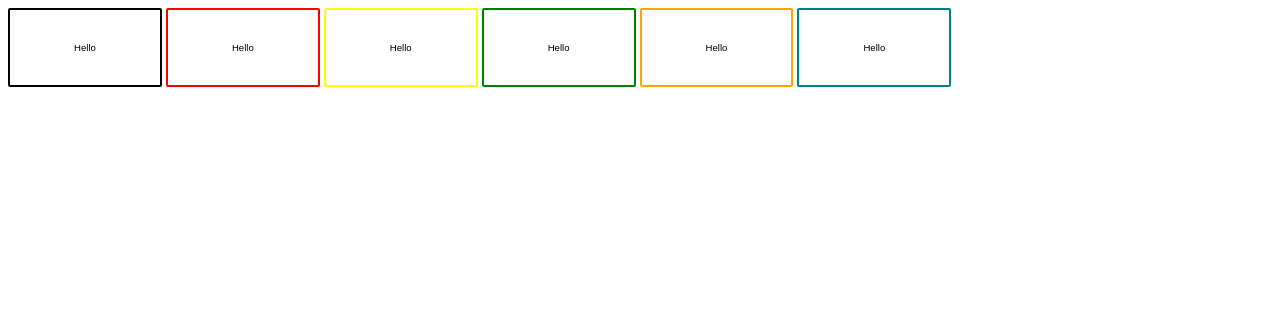
Repository: chaiyilin/css
Page: src/css-variable/02-theme-styles-with-css-variables/index.html
These files come from the project's save history. The page is drawn as it stood at one moment and after the next save; the edit follows.
The browser window is 1280 px wide. The pictures show the whole page.

Above is the page before, as saved 2018-03-17 23:59:30.

### src/css-variable/02-theme-styles-with-css-variables/index.html
<!DOCTYPE html>
<html lang="en" dir="ltr">

<head>
    <meta charset="UTF-8">
    <title>Title</title>
    <link rel="stylesheet" type="text/css" href="index.css" />
</head>

<body>
    <button class="btn">Hello</button>
    <button class="btn red">Hello</button>
    <button class="btn yellow">Hello</button>
    <button class="btn green">Hello</button>
    <button class="btn orange">Hello</button>
    <button class="btn teal">Hello</button>
</body>

</html>

### src/css-variable/02-theme-styles-with-css-variables/index.css
.btn {
  padding: 2rem 4rem;
  border: 2px solid var(--color, black);
  background: transparent;
  font-size: 0.6em;
  border-radius: 2px;
}
.btn:hover {
  cursor: pointer;
  background: var(--color, black);
  color: white;
}

/* variations */

.btn.red {
  --color: red;
}
.btn.yellow {
  --color: yellow;
}
.btn.green {
  --color: green;
}
.btn.orange {
  --color: orange;
}
.btn.teal {
  --color: teal;
}

After the next save:
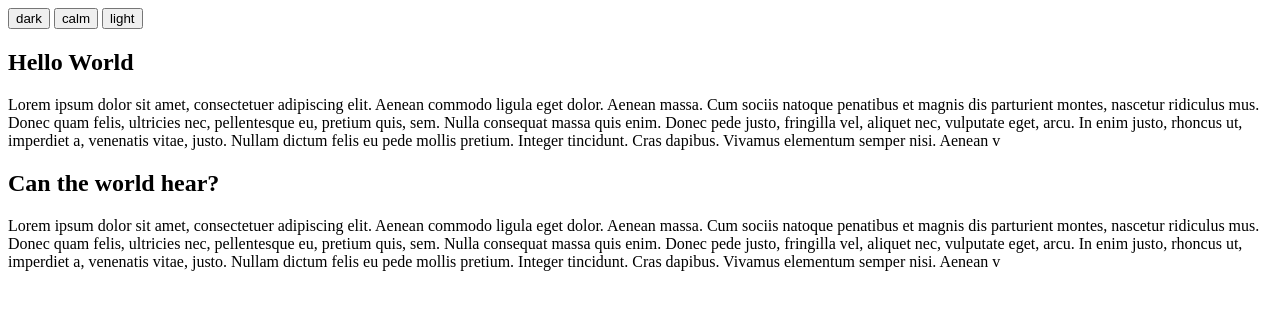
Saved 27 s later.
--- a/src/css-variable/02-theme-styles-with-css-variables/index.html
+++ b/src/css-variable/02-theme-styles-with-css-variables/index.html
@@ -8,12 +8,27 @@
 </head>
 
 <body>
-    <button class="btn">Hello</button>
-    <button class="btn red">Hello</button>
-    <button class="btn yellow">Hello</button>
-    <button class="btn green">Hello</button>
-    <button class="btn orange">Hello</button>
-    <button class="btn teal">Hello</button>
+    <div class="theme">
+        <button value="dark">dark</button>
+        <button value="calm">calm</button>
+        <button value="light">light</button>
+    </div>
+
+    <article>
+        <h1>Hello World</h1>
+        Lorem ipsum dolor sit amet, consectetuer adipiscing elit. Aenean commodo ligula eget dolor. Aenean massa. Cum sociis natoque
+        penatibus et magnis dis parturient montes, nascetur ridiculus mus. Donec quam felis, ultricies nec, pellentesque
+        eu, pretium quis, sem. Nulla consequat massa quis enim. Donec pede justo, fringilla vel, aliquet nec, vulputate eget,
+        arcu. In enim justo, rhoncus ut, imperdiet a, venenatis vitae, justo. Nullam dictum felis eu pede mollis pretium.
+        Integer tincidunt. Cras dapibus. Vivamus elementum semper nisi. Aenean v
+
+        <h2>Can the world hear?</h2>
+        Lorem ipsum dolor sit amet, consectetuer adipiscing elit. Aenean commodo ligula eget dolor. Aenean massa. Cum sociis natoque
+        penatibus et magnis dis parturient montes, nascetur ridiculus mus. Donec quam felis, ultricies nec, pellentesque
+        eu, pretium quis, sem. Nulla consequat massa quis enim. Donec pede justo, fringilla vel, aliquet nec, vulputate eget,
+        arcu. In enim justo, rhoncus ut, imperdiet a, venenatis vitae, justo. Nullam dictum felis eu pede mollis pretium.
+        Integer tincidunt. Cras dapibus. Vivamus elementum semper nisi. Aenean v
+    </article>
 </body>
 
 </html>
